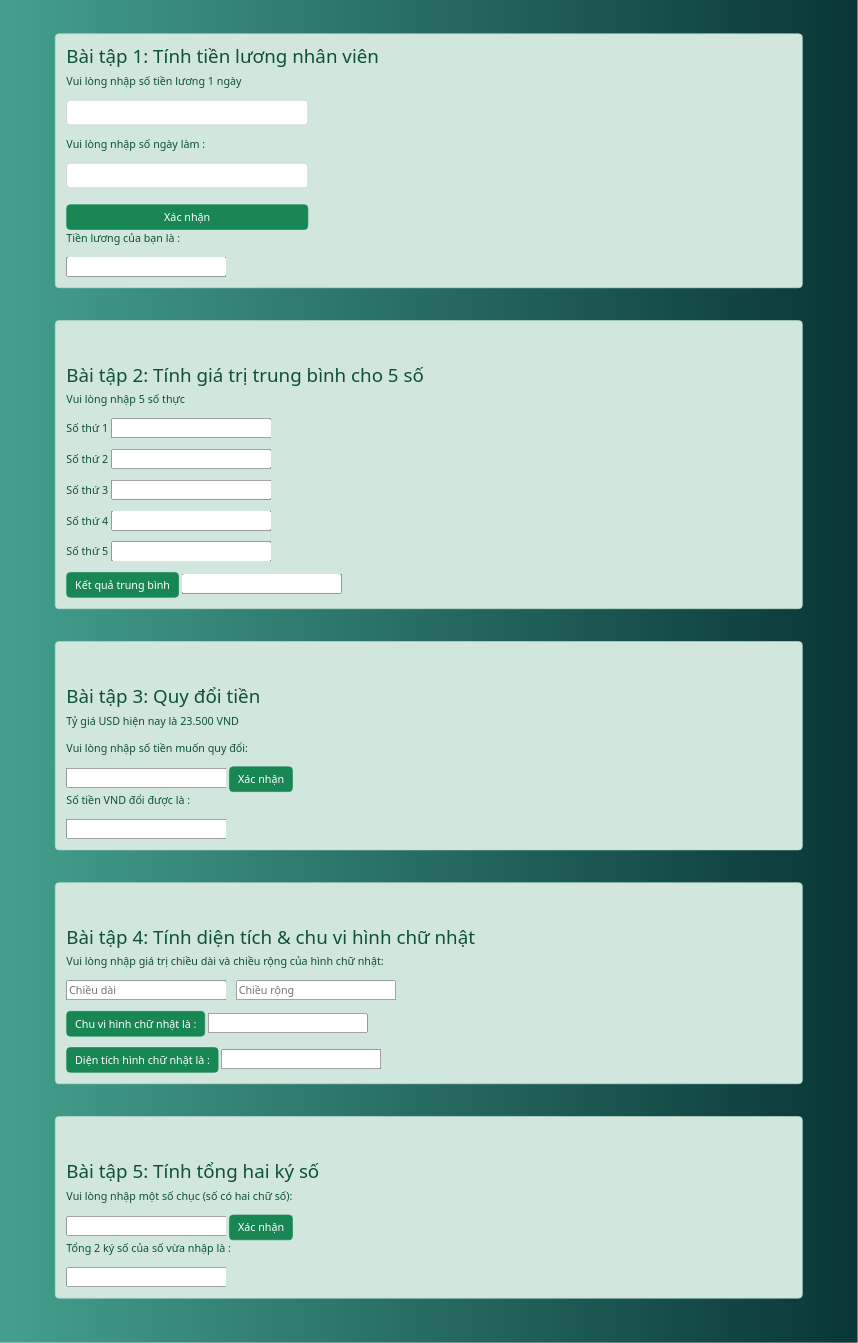
Repository: hcozyph/TranHuuPhuoc_BC43_BT_JS_Buoi2
Page: index.html
The author's editor kept a copy of each file at every save. The page is drawn from the files as they stood at one save, then again after the next save.
The browser window is 1280 px wide. The pictures show the whole page, at 67% of full size.

Above is the page before, as saved 2023-02-03 20:40:53.

After the next save:
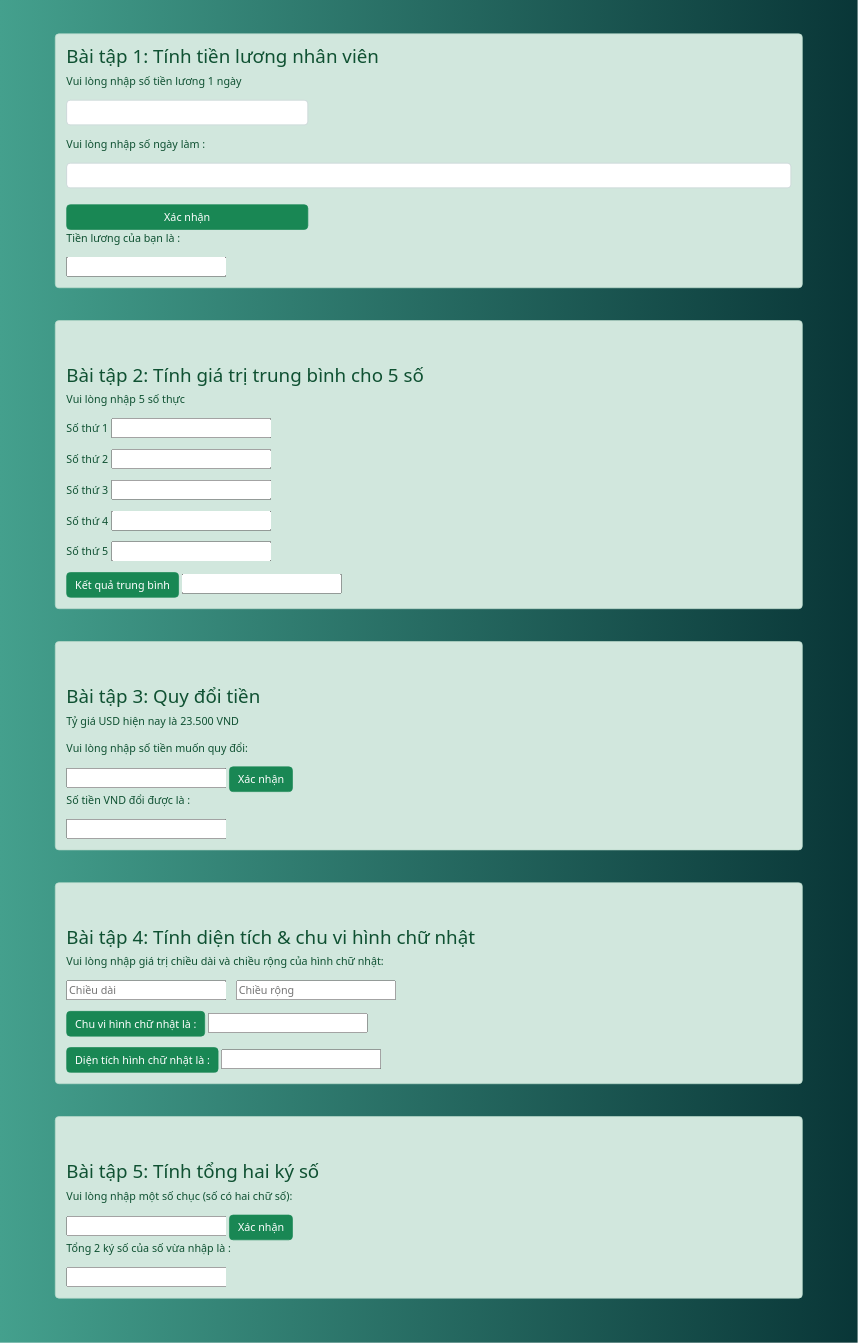
Saved 29 s later.
--- a/index.html
+++ b/index.html
@@ -58,7 +58,7 @@
                         />
                     </div>
 
-                    <div class="col-4 mt-3">
+                    <div class="row-4 mt-3">
                         <p>Vui lòng nhập số ngày làm :</p>
 
                         <input

After the save that followed:
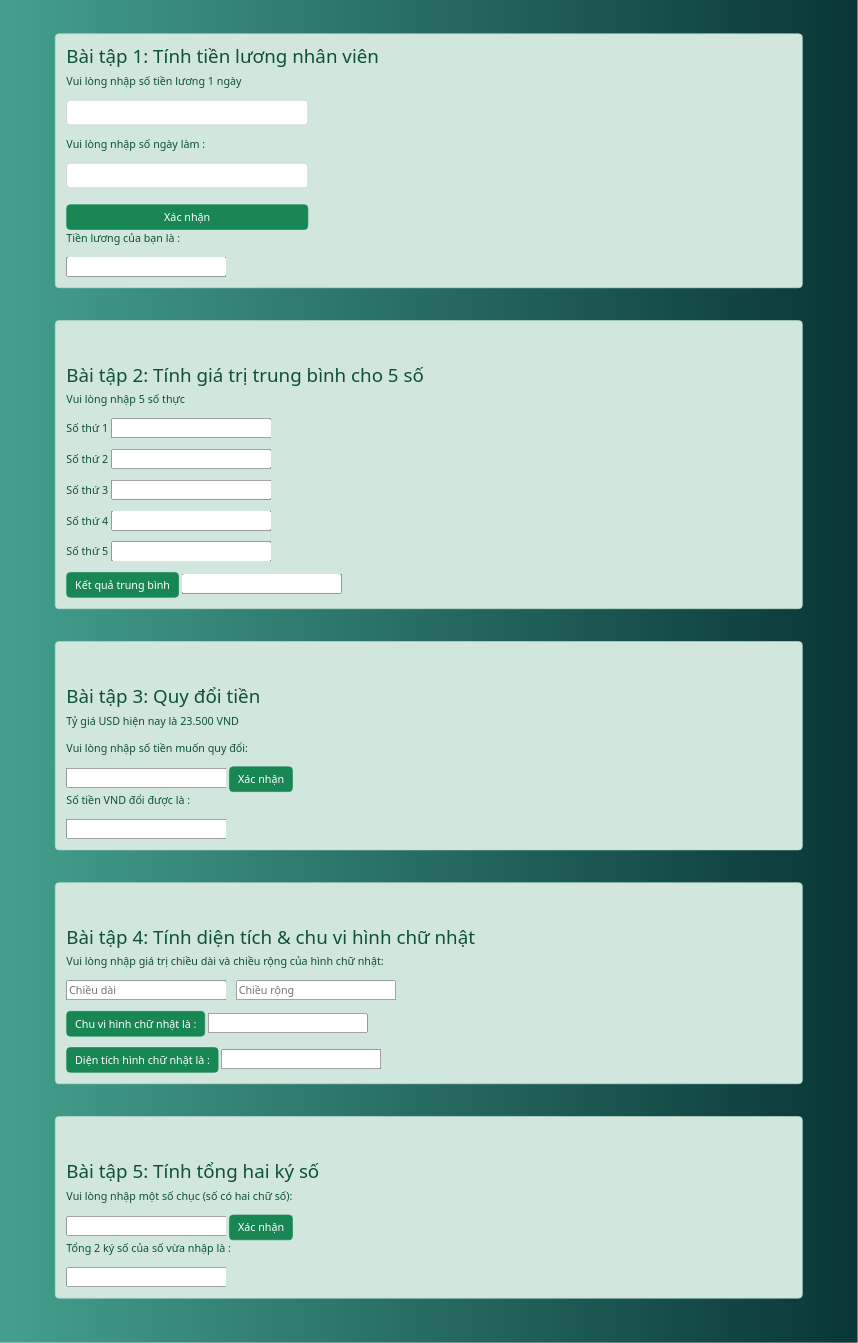
Saved 14 s later.
--- a/index.html
+++ b/index.html
@@ -58,7 +58,7 @@
                         />
                     </div>
 
-                    <div class="row-4 mt-3">
+                    <div class="col-4 mt-3">
                         <p>Vui lòng nhập số ngày làm :</p>
 
                         <input
